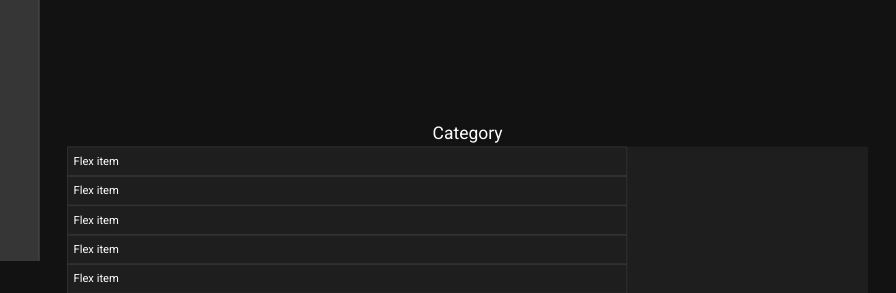
Repository: agent501/MRMS
Page: /
The author's editor kept a copy of each file at every save. The page is drawn from the files as they stood at one save, then again after the next save.
The browser window is 1280 px wide. The pictures show the part of the page from y = 349 to 2269 px (the page is 768 px tall before and 3058 px after), at 70% of full size.
The page's requests for data from a server got no answer. The project was rebuilt for these pictures with package versions that can differ from the ones it lists, and the page was loaded fresh each time. No one was signed in, and anything a server would have sent is missing. Also part of the build but not shown: vue.config.js, src/components/Product/products.vue, src/components/Product/product.vue, src/components/Product/createproduct.vue, src/components/User/signin.vue, src/components/User/signup.vue, src/components/User/profile.vue, src/components/Shared/Alert.vue and 2 more. Imported but missing from the stored project, and not drawn on this page: src/router/auth-guard.js.

Above is the page before, as saved 2020-08-05 11:18:30.

### src/main.js
import Vue from 'vue';
import App from './App.vue';
import router from './router';
import { store } from './store';
import alert from './components/Shared/Alert.vue';
import vuetify from './plugins/vuetify';
import { fb } from './components/firebase/firebase.js';
import * as firebase from 'firebase';
import editproductdiaglog from './components/Product/Edit/editproductdialog.vue';
import editprogressbar from './components/Product/Edit/editprogressbar.vue';

Vue.component('app-alert', alert);
Vue.component('app-edit-product', editproductdiaglog);
Vue.component('app-edit-progress', editprogressbar);

Vue.config.productionTip = false;

new Vue({
  router,
  store,
  vuetify,
  render: (h) => h(App),
  created() {
    fb;
    firebase.auth().onAuthStateChanged((user) => {
      if (user) {
        this.$store.dispatch('autosignin', user);
      }
    });
    this.$store.dispatch('loadProducts');
  },
}).$mount('#app');

### src/App.vue
<template>
  <v-app>
    <v-navigation-drawer v-model="drawer" :mini-variant.sync="mini" app clipped dense permanent>
      <v-list>
        <v-list-item to="/">
          <v-list-item-icon>
            <v-icon medium>home</v-icon>
          </v-list-item-icon>

          <v-list-item-content>
            <v-list-item-title>Home</v-list-item-title>
          </v-list-item-content>
        </v-list-item>

        <v-divider></v-divider>
        <v-list-item v-for="item in menuItems" :key="item.title" router :to="item.link">
          <v-list-item-icon>
            <v-icon medium>{{ item.icon }}</v-icon>
          </v-list-item-icon>

          <v-list-item-content>
            <v-list-item-title>{{ item.text }}</v-list-item-title>
          </v-list-item-content>
        </v-list-item>
        <v-list-item v-if="userIsAuthenticated || adminIsAuthenticated" @click="onLogout">
          <v-list-item-icon>
            <v-icon>exit_to_app</v-icon>
          </v-list-item-icon>
          <v-list-item-content>Logout</v-list-item-content>
        </v-list-item>
      </v-list>
    </v-navigation-drawer>

    <v-app-bar app clipped-left>
      <v-app-bar-nav-icon @click.stop="mini=!mini"></v-app-bar-nav-icon>
      <v-toolbar-title class="font-weight-bold display-1">
        <router-link to="/" tag="span" style="cursor:pointer">JguarHo</router-link>
      </v-toolbar-title>
    </v-app-bar>

    <!-- Page Content -->
    <v-content>
      <router-view></router-view>
    </v-content>

    <!-- <v-footer>
      <span>JguarHo &copy; Copyright Reserved</span>
    </v-footer>-->
  </v-app>
</template>

<script>
// import HelloWorld from './components/HelloWorld';

export default {
  name: 'App',

  components: {
    // HelloWorld,
  },
  props: {
    source: String
  },
  data: () => ({
    mini: true,
    drawer: true
    // items: [
    //   { icon: 'lock_open', text: 'Sign In', link: '/signin' },
    //   { icon: 'home', text: 'Home', link: '/' },
    //   { icon: 'list', text: 'All Products', link: '/products' },
    //   { icon: 'help_outline', text: 'About Us', link: '' }
    // ]
  }),
  computed: {
    menuItems() {
      let items = [
        { icon: 'person_add', text: 'Sign Up', link: '/signup' },
        { icon: 'lock_open', text: 'Sign In', link: '/signin' },

        {
          icon: 'format_list_bulleted',
          text: 'All Products',
          link: '/products'
        }
        // { icon: 'person', text: 'About Us', link: '' }
      ];
      if (this.adminIsAuthenticated) {
        items = [
          {
            icon: 'create_new_folder',
            text: 'Create Product',
            link: '/createproduct'
          },
          {
            icon: 'format_list_bulleted',
            text: 'All Products',
            link: '/products'
          },
          {
            icon: 'person',
            text: 'Profile',
            link: '/profile/' + this.adminIsAuthenticated.id
          }
        ];
      } else if (this.userIsAuthenticated) {
        items = [
          {
            icon: 'format_list_bulleted',
            text: 'All Products',
            link: '/products'
          },
          {
            icon: 'person',
            text: 'Profile',
            link: '/profile/' + this.userIsAuthenticated.id
          }
        ];
      }
      return items;
    },
    adminIsAuthenticated() {
      return (
        this.$store.getters.user !== null &&
        this.$store.getters.user !== undefined &&
        this.$store.getters.user.id === 'ktQMfIIbLQRTlySJDVzU9JbCF293' &&
        this.$store.getters.user
      );
    },
    userIsAuthenticated() {
      return (
        this.$store.getters.user !== null &&
        this.$store.getters.user !== undefined &&
        this.$store.getters.user
      );
    }
  },
  created() {
    this.$vuetify.theme.dark = true;
  },
  methods: {
    onLogout() {
      this.$store.dispatch('logout');
      this.$router.push('/');
    }
  }
};
</script>

### src/router/index.js
import Vue from 'vue';
import VueRouter from 'vue-router';
import home from '../components/Home.vue';
import products from '../components/Product/products.vue';
import product from '../components/Product/product.vue';
import createproduct from '../components/Product/createproduct.vue';
import signin from '../components/User/signin.vue';
import signup from '../components/User/signup.vue';
import profile from '../components/User/profile.vue';
import AuthGuard from '../router/auth-guard.js';

Vue.use(VueRouter);

export default new VueRouter({
  mode: 'history',
  routes: [
    { path: '/', name: 'home', component: home },
    { path: '/products', name: 'products', component: products },
    {
      path: '/createproduct',
      name: 'createproduct',
      component: createproduct,
      beforeEnter: AuthGuard,
    },
    { path: '/signin', name: 'signin', component: signin },
    { path: '/signup', name: 'signup', component: signup },
    {
      path: '/profile/:id',
      name: 'profile',
      component: profile,
      beforeEnter: AuthGuard,
    },
    {
      path: '/products/:id',
      name: 'product',
      props: true,
      component: product,
    },
  ],
});

### src/store/index.js
import Vue from 'vue';
import Vuex from 'vuex';

import product from './product';
import user from './user';
import shared from './shared';

Vue.use(Vuex);

export const store = new Vuex.Store({
  modules: {
    product: product,
    user: user,
    shared: shared,
  },
});

### src/plugins/vuetify.js
import Vue from 'vue';
import Vuetify from 'vuetify/lib';
import '@mdi/font/css/materialdesignicons.css'; //
import 'material-design-icons-iconfont/dist/material-design-icons.css';

Vue.use(Vuetify);

export default new Vuetify({
  icons: {
    iconfont: 'mdi',
  },
});

### src/components/firebase/firebase.js
import firebase from 'firebase/app';
import 'firebase/firestore';
import 'firebase/storage';

var firebaseConfig = {
  apiKey: 'AIzaSyBJdvJyA-ac-dO3JYy-4WKY7wIkma-Y1fI',
  authDomain: 'mrms-2ae69.firebaseapp.com',
  databaseURL: 'https://mrms-2ae69.firebaseio.com',
  projectId: 'mrms-2ae69',
  storageBucket: 'mrms-2ae69.appspot.com',
  messagingSenderId: '287673096935',
  appId: '1:287673096935:web:7f7f75dea0b5657353e042',
  measurementId: 'G-EKPLN37GXX',
};

export const fb = firebase.initializeApp(firebaseConfig);

### src/components/Home.vue
<template>
  <div class="mx-10" style="max-width:1800px">
    <v-layout>
      <v-flex xs12 class="text-xs-center" v-if="!loading">
        <v-progress-circular
          indeterminate
          class="primary--text"
          :width="7"
          :size="70"
          v-if="loading"
        ></v-progress-circular>
      </v-flex>
    </v-layout>

    <v-carousel
      cycle
      class="mt-4"
      height="400"
      hide-delimiters
      show-arrows-on-hover
      width="100%"
      style="cursor:pointer"
    >
      <v-carousel-item
        v-for="product in products"
        :key="product.id"
        @click="onLoadProduct(product.id)"
      >
        <div class="text-right">
          <span class="title">{{ product.name }}</span>
        </div>
        <img :src="product.featureimage" style="height: 100%; width: 100%; object-fit: contain" />
      </v-carousel-item>
    </v-carousel>

    <div>
      <div class="mt-10 text-center" style="font-size:25px">Category</div>
      <div>
        <v-card class="d-flex flex-wrap" flat tile>
          <v-card
            v-for="n in 5"
            :key="n"
            class="pa-2"
            width="800"
            max-height="500"
            outlined
            tile
          >Flex item</v-card>
        </v-card>
      </div>
    </div>
  </div>
</template>

<script>
export default {
  // data: () => ({
  //   images: [
  //     {
  //       src: 'https://cdn.vuetifyjs.com/images/carousel/squirrel.jpg',
  //       title: 'image1asdasdasdsadasdasdsadasdasd',
  //       id: 'asdad123'
  //     },
  //     {
  //       src: 'https://cdn.vuetifyjs.com/images/carousel/sky.jpg',
  //       title: 'image2',
  //       id: 'asdasd1223'
  //     },
  //     {
  //       src: 'https://cdn.vuetifyjs.com/images/carousel/bird.jpg',
  //       title: 'image3',
  //       id: 'asdad13223'
  //     },
  //     {
  //       src: 'https://cdn.vuetifyjs.com/images/carousel/planet.jpg',
  //       title: 'image4',
  //       id: 'asdaasd1123'
  //     }
  //   ]
  // }),
  computed: {
    products() {
      return this.$store.getters.featuredProducts;
    },
    loading() {
      return this.$store.getters.loading;
    },
  },
  methods: {
    onLoadProduct(id) {
      this.$router.push('/products/' + id);
    },
  },
};
</script>

<style scoped>
.title {
  background-color: rgba(235, 235, 235, 0.897);
  color: black;

  padding: 10px 30px;
}
</style>

### src/store/product/index.js
import * as firebase from 'firebase';

export default {
  state: {
    loadedProducts: [],
  },
  mutations: {
    createProduct(state, payload) {
      state.loadedProducts.push(payload);
    },
    setLoadedProducts(state, payload) {
      state.loadedProducts = payload;
    },
    updateProduct(state, payload) {
      const product = state.loadedProducts.find((product) => {
        return product.id === payload.id;
      });
      if (payload.name) {
        product.name = payload.name;
      }
      if (payload.description) {
        product.description = payload.description;
      }
      if (payload.earningperunit) {
        product.earningperunit = payload.earningperunit;
      }
      if (payload.investmentperunit) {
        product.investmentperunit = payload.investmentperunit;
      }
    },
    updateProgress(state, payload) {
      const product = state.loadedProducts.find((product) => {
        return product.id === payload.id;
      });
      if (payload.productprogressbar) {
        product.productprogressbar = payload.productprogressbar;
      }
    },
    deleteProduct(state, payload) {
      const registeredProducts = state.loadedProducts;
      registeredProducts.splice(
        registeredProducts.findIndex((product) => product.id === payload),
        1
      );
      // Reflect.deleteProperty(state.user.fbKeys,payload)
    },
  },
  actions: {
    loadProducts({ commit }) {
      commit('setLoading', true);
      firebase
        .database()
        .ref('products')
        .once('value')
        .then((data) => {
          const products = [];
          const obj = data.val();
          for (let key in obj) {
            products.push({
              id: key,
              name: obj[key].name,
              description: obj[key].description,
              investmentperunit: obj[key].investmentperunit,
              earningperunit: obj[key].earningperunit,
              creatorId: obj[key].creatorId,
              productimage: obj[key].productimage,
              productprogressbar: obj[key].productprogressbar,
              featureimage: obj[key].productimage[0],
            });
          }
          commit('setLoadedProducts', products);
          commit('setLoading', false);
        })
        .catch((error) => {
          console.log(error);
          commit('setLoading', true);
        });
    },
    deleteProduct({ commit }, payload) {
      const productId = payload;
      console.log(productId);
      firebase
        .database()
        .ref('products')
        .child(productId)
        .remove()
        .then(function () {
          // File deleted successfully

          console.log('success');
        })
        .catch(function (error) {
          // Uh-oh, an error occurred!
          console.log(error);
        });
      commit('deleteProduct', payload);
    },
    createProduct({ commit, getters }, payload) {
      const product = {
        name: payload.name,
        description: payload.description,
        investmentperunit: payload.investmentperunit,
        earningperunit: payload.earningperunit,
        productimage: payload.productimage,
        productprogressbar: payload.productprogressbar,
        creatorId: getters.user.id,
      };
      let key;
      firebase
        .database()
        .ref('products')
        .push(product)
        .then((data) => {
          //specific product id
          key = data.key;
          commit('createProduct', { ...product, id: key });
          // return key
        });
    },
    updateproductdata({ commit }, payload) {
      commit('loading', true);
      const updateObj = {};
      if (payload.name) {
        updateObj.name = payload.name;
      }
      if (payload.desscription) {
        updateObj.description = payload.desscription;
      }
      if (payload.earningperunit) {
        updateObj.earningperunit = payload.earningperunit;
      }
      if (payload.investmentperunit) {
        updateObj.investmentperunit = payload.investmentperunit;
      }
      firebase
        .database()
        .ref('products')
        .child(payload.id)
        .update(updateObj)
        .then(() => {
          commit('setLoading', false);
          commit('updateProduct', payload);
        })
        .catch((error) => {
          console.log(error);
          commit('setLoading', false);
        });
    },
    updateprogressdata({ commit }, payload) {
      commit('loading', true);
      const updateObj = {};
      if (payload.productprogressbar) {
        updateObj.productprogressbar = payload.productprogressbar;
      }

      firebase
        .database()
        .ref('products')
        .child(payload.id)
        .update(updateObj)
        .then(() => {
          commit('setLoading', false);
          commit('updateProgress', payload);
        })
        .catch((error) => {
          console.log(error);
          commit('setLoading', false);
        });
    },
  },
  getters: {
    loadedProducts(state) {
      return state.loadedProducts.sort((productA, productB) => {
        return productA.date > productB.date;
      });
    },
    featuredProducts(state, getters) {
      return getters.loadedProducts.slice(0, 5);
    },
    loadedProduct(state) {
      return (productId) => {
        return state.loadedProducts.find((product) => {
          return product.id === productId;
        });
      };
    },
  },
  modules: {},
};

### src/store/user/index.js
import * as firebase from 'firebase';

export default {
  state: {
    user: null,
    profile: [],
  },
  mutations: {
    setUser(state, payload) {
      state.user = payload;
    },
    setLoadedProfile(state, payload) {
      state.profile = payload;
    },
    updateProfile(state, payload) {
      const profile = state.profile;

      if (payload.name) {
        profile.name = payload.name;
      }
      if (payload.email) {
        profile.email = payload.email;
      }
      if (payload.icnumber) {
        profile.icnumber = payload.icnumber;
      }
      if (payload.phonenumber) {
        profile.phonenumber = payload.phonenumber;
      }
      if (payload.ssmimage) {
        profile.ssmimage = payload.ssmimage;
      }
    },
  },
  actions: {
    signUp({ commit }, payload) {
      // perform the mutation set loading because no matter user success sign up or not it will always display loading
      commit('setLoading', true);
      commit('clearError');
      firebase
        .auth()
        // passing the email and password fetch from the signup page and send to the firebasenpm
        .createUserWithEmailAndPassword(payload.email, payload.password)
        //if success, get the unique id from the firebase and set it on the format that is same as state
        .then((response) => {
          // set loading in the state back to false because is already succeed
          commit('setLoading', false);

          const newUser = {
            userid: response.user.uid,
            registeredProducts: [],
            fbKeys: {},
            email: payload.email,
            phonenumber: payload.phonenumber,
            icnumber: payload.icnumber,
            name: payload.name,
            ssmimage: payload.image,
          };
          let key;
          firebase
            .database()
            .ref('profiles')
            .push(newUser)
            .then((data) => {
              //specific product id
              key = data.userid;
              commit('createProfile', { ...newUser, id: key });
              // return key
            });

          commit('setUser', newUser);
        })
        // if got error
        .catch((error) => {
          // set loading in the state back to false because there's a error occur
          commit('setLoading', false);
          // perform the mutation of setError to display the error
          commit('setError', error);
          console.log(error);
        });
    },
    logIn({ commit }, payload) {
      // perform the mutation set loading because no matter user success sign in or not it will always display loading
      commit('setLoading', true);
      commit('clearError');
      firebase
        .auth()
        // sending the user email and password to the firebase for matchmaking in order to login
        .signInWithEmailAndPassword(payload.email, payload.password)
        .then((response) => {
          // set loading in the state back to false because is already succeed
          commit('setLoading', false);

          const newUser = {
            id: response.user.uid,
            registeredProducts: [],
            fbKeys: {},
          };

          firebase
            .database()
            .ref('profiles')
            .orderByChild('userid')
            .equalTo(newUser.id)
            .once('value')
            .then((data) => {
              const profile = [];
              const obj = data.val();
              for (let key in obj) {
                profile.push({
                  id: key,
                  name: obj[key].name,
                  email: obj[key].email,
                  icnumber: obj[key].icnumber,
                  phonenumber: obj[key].phonenumber,
                  userid: obj[key].userid,
                  ssmimage: obj[key].ssmimage,
                });
              }
              console.log(profile);
              commit('setLoadedProfile', profile);

              commit('setLoading', false);
            })
            .catch((error) => {
              console.log(error);
              commit('setLoading', true);
            });

          commit('setUser', newUser);
        }) // if got error
        .catch((error) => {
          // set loading in the state back to false because there's a error occur
          commit('setLoading', false);
          // perform the mutation of setError to display the error
          commit('setError', error);
          console.log(error);
        });
    },
    autosignin({ commit }, payload) {
      commit('setUser', { id: payload.uid, registeredProducts: [] });
    },
    logout({ commit }) {
      firebase.auth().signOut();
      commit('setUser', null);
    },
    updatePassword(payload) {
      var user = firebase.auth().currentUser;
      var updatepassword = payload.newpassword;
      var credential = firebase.auth.EmailAuthProvider.credential(
        payload.email,
        payload.currentpassword
      );

      user
        .reauthenticate(credential)
        .then(() => {
          user
            .updatePassword(updatepassword)
            .then(() => {
              this.dialog = true;
              console.log('update complete');
              if (this.dialog === false) {
                this.$router.push('/');
              }
            })
            .catch((error) => {
              console.log(error);
            });
        })
        .catch((error) => {
          console.log(error);
        });
    },
    updateProfileData({ commit }, payload) {
      commit('loading', true);
      const updateObj = {};
      if (payload.name) {
        updateObj.name = payload.name;
      }
      if (payload.email) {
        updateObj.email = payload.email;
      }
      if (payload.icnumber) {
        updateObj.icnumber = payload.icnumber;
      }
      if (payload.phonenumber) {
        updateObj.phonenumber = payload.phonenumber;
      }
      if (payload.ssmimage) {
        updateObj.ssmimage = payload.ssmimage;
      }
      firebase
        .database()
        .ref('profiles')
        .child(payload.id)
        .update(updateObj)
        .then(() => {
          commit('setLoading', false);
          commit('updateProfile', payload);
        })
        .catch((error) => {
          console.log(error);
          commit('setLoading', false);
        });
    },
  },
  getters: {
    user(state) {
      return state.user;
    },
  },
};

### src/store/shared/index.js
export default {
  state: {
    loading: false,
    error: null,
  },
  mutations: {
    setLoading(state, payload) {
      state.loading = payload;
    },
    // change the of status error in state
    setError(state, payload) {
      state.error = payload;
    },
    // change the status of error back to null
    clearError(state) {
      state.error = null;
    },
  },
  actions: {
    clearError({ commit }) {
      commit('clearError');
    },
  },
  getters: {
    error(state) {
      return state.error;
    },
    loading(state) {
      return state.loading;
    },
  },
};

Loaded but not shown: public/index.html (common file)

After the next save:
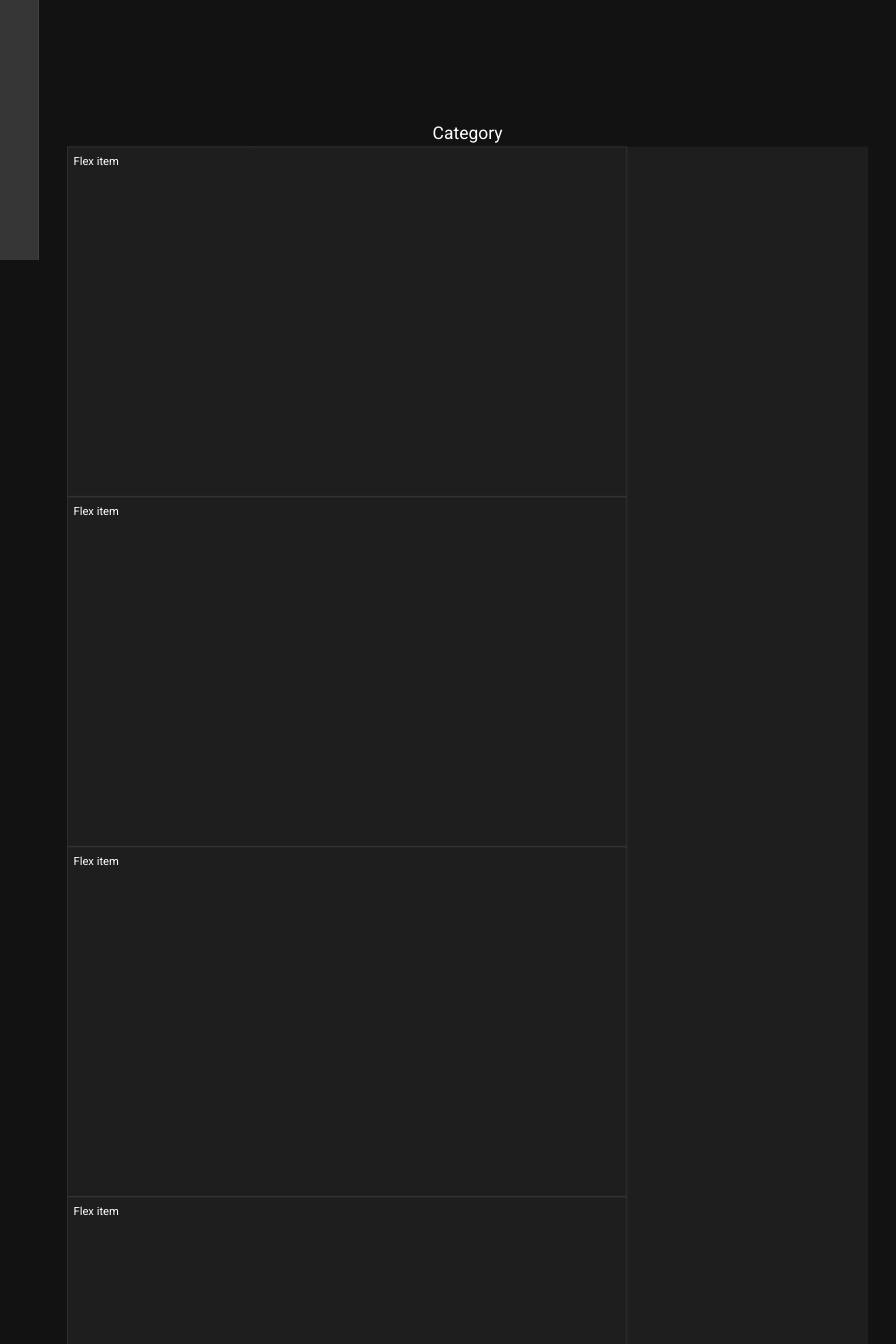
Saved 4 s later.
--- a/src/components/Home.vue
+++ b/src/components/Home.vue
@@ -42,7 +42,7 @@
             :key="n"
             class="pa-2"
             width="800"
-            max-height="500"
+            height="500"
             outlined
             tile
           >Flex item</v-card>
